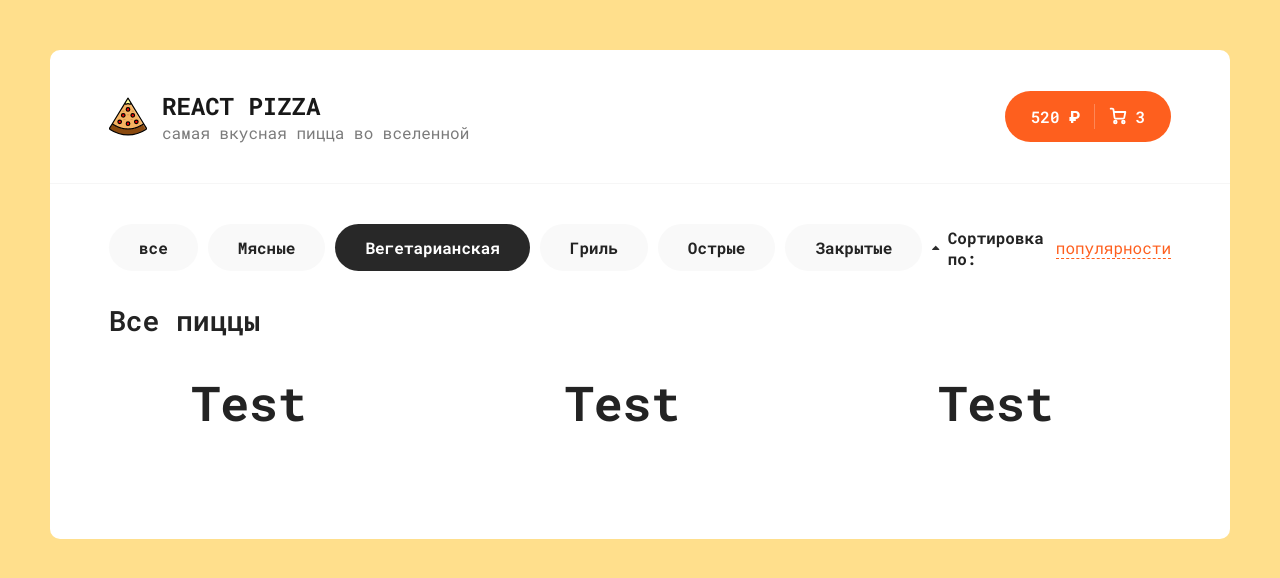
Repository: TI-IT/react-pizza2
Page: /
The author's editor kept a copy of each file at every save. The page is drawn from the files as they stood at one save, then again after the next save.
The browser window is 1280 px wide. The pictures show the whole page.
The page's requests for data from a server got no answer. The project was rebuilt for these pictures with package versions that can differ from the ones it lists, and the page was loaded fresh each time. No one was signed in, and anything a server would have sent is missing.

Above is the page before, as saved 2022-10-09 15:13:11.

### public/index.html
<!DOCTYPE html>
<html lang="en">
  <head>
    <meta charset="utf-8" />
    <link rel="icon" href="%PUBLIC_URL%/favicon.ico" />
    <link rel="preconnect" href="https://fonts.googleapis.com" />
    <link rel="preconnect" href="https://fonts.gstatic.com" crossorigin />
    <link
      href="https://fonts.googleapis.com/css2?family=Roboto+Mono:wght@300;400;500;600;700&display=swap"
      rel="stylesheet"
    />
    <meta name="viewport" content="width=device-width, initial-scale=1" />
    <meta name="theme-color" content="#000000" />
    <meta
      name="description"
      content="Web site created using create-react-app"
    />
    <link rel="apple-touch-icon" href="%PUBLIC_URL%/logo192.png" />
    <!--
      manifest.json provides metadata used when your web app is installed on a
      user's mobile device or desktop. See https://developers.google.com/web/fundamentals/web-app-manifest/
    -->
    <link rel="manifest" href="%PUBLIC_URL%/manifest.json" />
    <!--
      Notice the use of %PUBLIC_URL% in the tags above.
      It will be replaced with the URL of the `public` folder during the build.
      Only files inside the `public` folder can be referenced from the HTML.

      Unlike "/favicon.ico" or "favicon.ico", "%PUBLIC_URL%/favicon.ico" will
      work correctly both with client-side routing and a non-root public URL.
      Learn how to configure a non-root public URL by running `npm run build`.
    -->
    <title>React App</title>
  </head>
  <body>
    <noscript>You need to enable JavaScript to run this app.</noscript>
    <div id="root"></div>
    <!--
      This HTML file is a template.
      If you open it directly in the browser, you will see an empty page.

      You can add webfonts, meta tags, or analytics to this file.
      The build step will place the bundled scripts into the <body> tag.

      To begin the development, run `npm start` or `yarn start`.
      To create a production bundle, use `npm run build` or `yarn build`.
    -->
  </body>
</html>

### src/App.js
import React from 'react'
import './scss/app.scss'
import Header from './components/Header'
import Categories from './components/Categories'
import Sort from './components/Sort'
import PizzaBlock from './components/PizzaBlock'
// import pizzas from './assets/pizza.json'

function App() {
  const [items, setItems] = React.useState([1, 2, 3])

  React.useEffect(() => {
    fetch('https://63427733ba4478d4783c44ef.mockapi.io/items')
      .then(res => {
        return res.json()
      })
      .then(arr => {
        setItems(arr)
      })
  }, [])

  console.log(items)
  return (
    <div className="wrapper">
      <Header />
      <div className="content">
        <div className="container">
          <div className="content__top">
            <Categories />
            <Sort />
          </div>
          <h2 className="content__title">Все пиццы</h2>
          <div className="content__items">
            {items.map(obj => (
              <PizzaBlock key={obj.id} {...obj} />
            ))}
          </div>
        </div>
      </div>
    </div>
  )
}

export default App

### src/scss/app.scss
@import './_variables.scss';
@import 'libs/_normalize.scss';

@import 'components/_all.scss';


body {
  background-color: $background;
}

.wrapper {
  width: calc(100vw - 100px);
  height: 100%;
  background-color: #fff;
  margin: 50px auto;
  border-radius: 10px;
  max-width: 1400px;
}

.content {
  padding: 40px 0;

  &__title {
    margin: 35px 0;
  }

  &__items {
    display: flex;
    flex-wrap: wrap;
    justify-content: space-between;
  }

  &__top {
    display: flex;
    align-items: center;
    justify-content: space-between;
  }
}

.container {
  width: $container-width;
  margin: 0 auto;

  &--cart {
    max-width: 820px;
    margin: 90px auto;
    .content__title {
      margin: 0;
    }
  }
}

.cart {
  &__top {
    display: flex;
    justify-content: space-between;
    align-items: center;
  }

  .content__title {
    display: flex;
    align-items: center;
    font-size: 32px;

    svg {
      position: relative;
      top: -2px;
      width: 30px;
      height: 30px;
      margin-right: 10px;
      path {
        stroke: $black;
        stroke-width: 1.9;
      }
    }
  }

  &__clear {
    display: flex;
    align-items: center;
    cursor: pointer;
    @include noselect();

    span {
      display: inline-block;
      margin-left: 7px;
      color: #b6b6b6;
      font-size: 18px;
    }

    span,
    svg,
    path {
      transition: all $duration ease-in-out;
    }

    &:hover {
      svg {
        path {
          stroke: darken($color: #b6b6b6, $amount: 50);
        }
      }
      span {
        color: darken($color: #b6b6b6, $amount: 50);
      }
    }
  }

  &__item {
    display: flex;
    width: 100%;
    border-top: 1px solid $gray-line;
    padding-top: 30px;
    margin-top: 30px;

    &-img {
      display: flex;
      align-items: center;
      margin-right: 15px;
      width: 10%;

      img {
        width: 80px;
        height: 80px;
      }
    }

    &-info {
      display: flex;
      flex-direction: column;
      justify-content: center;
      width: 40%;

      h3 {
        font-weight: bold;
        font-size: 22px;
        line-height: 27px;
        letter-spacing: 0.01em;
      }

      p {
        font-size: 18px;
        color: #8d8d8d;
      }
    }

    &-count {
      display: flex;
      align-items: center;
      justify-content: space-between;
      width: 13%;

      &-minus {
        svg {
          path:first-of-type {
            display: none;
          }
        }
      }

      b {
        font-size: 22px;
      }
    }

    &-price {
      display: flex;
      align-items: center;
      justify-content: center;
      width: 33%;

      b {
        font-weight: bold;
        font-size: 22px;
        letter-spacing: 0.01em;
      }
    }

    &-remove {
      display: flex;
      align-items: center;
      justify-content: flex-end;
      width: 4%;

      .button {
        border-color: darken($color: $gray-line, $amount: 10);
      }

      svg {
        transform: rotate(45deg);

        path {
          fill: darken($color: $gray-line, $amount: 15);
        }
      }

      .button {
        svg {
          width: 11.5px;
          height: 11.5px;
          position: relative;
        }
        &:hover,
        &:active {
          border-color: darken($color: $gray-line, $amount: 80);
          background-color: darken($color: $gray-line, $amount: 80);
        }
      }
    }
  }

  &__bottom {
    margin: 50px 0;

    &-details {
      display: flex;
      justify-content: space-between;

      span {
        font-size: 22px;

        &:last-of-type {
          b {
            color: $orange;
          }
        }
      }
    }

    &-buttons {
      display: flex;
      justify-content: space-between;
      margin-top: 40px;

      .go-back-btn {
        display: flex;
        align-items: center;
        justify-content: center;
        width: 210px;

        border-color: darken($color: $gray-line, $amount: 10);

        span {
          color: darken($color: $gray-line, $amount: 20);
          font-weight: 500;
          font-weight: 600;
        }

        &:hover {
          background-color: darken($color: $gray-line, $amount: 90);
          border-color: darken($color: $gray-line, $amount: 90);

          span {
            color: $gray-line;
          }
        }

        svg {
          margin-right: 12px;
          path {
            fill: transparent;
            stroke-width: 2;
          }
        }
      }

      .pay-btn {
        font-size: 16px;
        font-weight: 600;
        width: 210px;
        padding: 16px;
      }
    }
  }

  &--empty {
    margin: 0 auto;
    width: 560px;
    text-align: center;

    h2 {
      font-size: 32px;
      margin-bottom: 10px;
    }

    p {
      font-size: 18px;
      line-height: 145.4%;
      letter-spacing: 0.01em;
      color: #777777;
    }

    icon {
      position: relative;
      top: 2px;
    }

    img {
      display: block;
      width: 300px;
      margin: 45px auto 60px;
    }

    .button--black {
      padding: 12px 0 14px;
      width: 230px;
      margin: 0 auto;
      font-weight: 600;
      font-size: 18px;
    }
  }
}

### src/components/Header.jsx
import logoSVG from '../assets/img/pizza-logo.svg'

function Header() {
  return (
    <div className="header">
      <div className="container">
        <div className="header__logo">
          <img width="38" src={logoSVG} alt="Pizza logo" />
          <div>
            <h1>React Pizza</h1>
            <p>самая вкусная пицца во вселенной</p>
          </div>
        </div>
        <div className="header__cart">
          <a href="/cart.html" className="button button--cart">
            <span>520 ₽</span>
            <div className="button__delimiter"></div>
            <svg
              width="18"
              height="18"
              viewBox="0 0 18 18"
              fill="none"
              xmlns="http://www.w3.org/2000/svg">
              <path
                d="M6.33333 16.3333C7.06971 16.3333 7.66667 15.7364 7.66667 15C7.66667 14.2636 7.06971 13.6667 6.33333 13.6667C5.59695 13.6667 5 14.2636 5 15C5 15.7364 5.59695 16.3333 6.33333 16.3333Z"
                stroke="white"
                strokeWidth="1.8"
                strokeLinecap="round"
                strokeLinejoin="round"
              />
              <path
                d="M14.3333 16.3333C15.0697 16.3333 15.6667 15.7364 15.6667 15C15.6667 14.2636 15.0697 13.6667 14.3333 13.6667C13.597 13.6667 13 14.2636 13 15C13 15.7364 13.597 16.3333 14.3333 16.3333Z"
                stroke="white"
                strokeWidth="1.8"
                strokeLinecap="round"
                strokeLinejoin="round"
              />
              <path
                d="M4.78002 4.99999H16.3334L15.2134 10.5933C15.1524 10.9003 14.9854 11.176 14.7417 11.3722C14.4979 11.5684 14.1929 11.6727 13.88 11.6667H6.83335C6.50781 11.6694 6.1925 11.553 5.94689 11.3393C5.70128 11.1256 5.54233 10.8295 5.50002 10.5067L4.48669 2.82666C4.44466 2.50615 4.28764 2.21182 4.04482 1.99844C3.80201 1.78505 3.48994 1.66715 3.16669 1.66666H1.66669"
                stroke="white"
                strokeWidth="1.8"
                strokeLinecap="round"
                strokeLinejoin="round"
              />
            </svg>
            <span>3</span>
          </a>
        </div>
      </div>
    </div>
  )
}

export default Header

### src/components/Categories.jsx
import React from 'react'

function Categories() {
  const [activeIndex, setActivIndex] = React.useState(2)

  const categories = ['все', 'Мясные', 'Вегетарианская', 'Гриль', 'Острые', 'Закрытые']

  const onClickCategory = index => {
    setActivIndex(index)
  }
  return (
    <div className="categories">
      <ul>
        {categories.map((value, i) => (
          <li
            key={i}
            onClick={() => onClickCategory(i)}
            className={activeIndex === i ? 'active' : ''}>
            {value}
          </li>
        ))}
      </ul>
    </div>
  )
}
export default Categories

### src/components/Sort.jsx
import React from 'react'

function Sort() {
  const [open, setOpen] = React.useState(false)
  const [selected, setSelected] = React.useState(0)
  const list = ['популярности', 'цене', 'алфавиту']
  const sortName = list[selected]

  const onClickListItem = i => {
    setSelected(i)
    setOpen(false)
  }

  return (
    <div className="sort">
      <div className="sort__label">
        <svg
          width="10"
          height="6"
          viewBox="0 0 10 6"
          fill="none"
          xmlns="http://www.w3.org/2000/svg">
          <path
            d="M10 5C10 5.16927 9.93815 5.31576 9.81445 5.43945C9.69075 5.56315 9.54427 5.625 9.375 5.625H0.625C0.455729 5.625 0.309245 5.56315 0.185547 5.43945C0.061849 5.31576 0 5.16927 0 5C0 4.83073 0.061849 4.68424 0.185547 4.56055L4.56055 0.185547C4.68424 0.061849 4.83073 0 5 0C5.16927 0 5.31576 0.061849 5.43945 0.185547L9.81445 4.56055C9.93815 4.68424 10 4.83073 10 5Z"
            fill="#2C2C2C"
          />
        </svg>
        <b>Сортировка по:</b>
        <span onClick={() => setOpen(!open)}>{sortName}</span>
      </div>
      {open && (
        <div className="sort__popup">
          <ul>
            {list.map((name, i) => (
              <li
                key={i}
                onClick={() => onClickListItem(i)}
                className={selected === i ? 'active' : ''}>
                {name}
              </li>
            ))}
          </ul>
        </div>
      )}
    </div>
  )
}

export default Sort

### src/components/PizzaBlock.jsx
import React from 'react'

function PizzaBlock({ title, price, imageUrl, types, sizes }) {
  // const [activeType, setActivType] = React.useState(0)
  // const [activeSize, setActivSize] = React.useState(0)
  // const typeNames = ['тонкое', 'традиционное']

  console.log(title)
  console.log(123)

  return (
    <div className="pizza-block">
      <h1>Test</h1>
    </div>
  )
}

export default PizzaBlock

### src/scss/libs/_normalize.scss
* {
  padding: 0;
  margin: 0;
  list-style: none;
  outline: none;
  font-family: 'Roboto Mono', Roboto, system-ui, Tahoma, sans-serif;
  box-sizing: border-box;
}

html {
  -ms-text-size-adjust: 100%;
  -webkit-text-size-adjust: 100%;
}

body {
  -moz-osx-font-smoothing: grayscale;
  -webkit-font-smoothing: antialiased;
  color: $black;
}

a,
span,
p,
b,
h1,
h2,
h3,
h4,
h5 {
  color: $black;
}

h1 {
  font-size: 48px;
}

h2 {
  font-weight: 600;
  font-size: 28px;
  line-height: 30px;
}

a {
  text-decoration: none;
}

@mixin noselect {
  -webkit-touch-callout: none; /* iOS Safari */
  -webkit-user-select: none; /* Safari */
  -khtml-user-select: none; /* Konqueror HTML */
  -moz-user-select: none; /* Old versions of Firefox */
  -ms-user-select: none; /* Internet Explorer/Edge */
  user-select: none; /* Non-prefixed version, currently
                                  supported by Chrome, Opera and Firefox */
}

### src/scss/components/_button.scss
@import '../variables.scss';

.button {
  display: inline-block;
  background-color: $orange;
  border-radius: 30px;
  padding: 10px 20px;
  min-width: 100px;
  text-align: center;
  cursor: pointer;
  transition: background-color $duration ease-in-out, border-color $duration ease-in-out;
  border: 1px solid transparent;
  @include noselect();

  &,
  span {
    color: #fff;
  }

  i,
  span,
  path,
  svg {
    transition: all $duration ease-in-out;
  }

  &:hover {
    background-color: darken($orange, 8%);
  }

  &:active {
    background-color: darken($orange, 12%);
    transform: translateY(1px);
  }

  &--circle {
    display: flex;
    align-items: center;
    justify-content: center;
    width: 32px;
    height: 32px;
    min-width: 32px;
    padding: 0;
    border-width: 2px;
  }

  &--black {
    background-color: $black;

    &:hover,
    &:active {
      background-color: lighten($color: $black, $amount: 10);
    }
  }

  &--outline {
    background-color: #fff;
    border-color: $orange;
    &,
    span {
      color: $orange;
    }

    svg {
      path {
        fill: $orange;
      }
    }

    &:hover {
      background-color: $orange;

      &,
      span {
        color: #fff;
      }

      svg {
        path {
          fill: #fff;
        }
      }
    }

    &:active {
      background-color: darken($orange, 8%);
    }
  }

  &__delimiter {
    width: 1px;
    height: 25px;
    background-color: rgba(255, 255, 255, 0.25);
    margin-left: 14px;
    margin-right: 14px;
  }

  &--add {
    svg {
      margin-right: 2px;
    }

    span {
      font-weight: 600;
      font-size: 16px;
    }

    &:hover {
      i {
        background-color: #fff;
        color: $orange;
      }
    }

    i {
      display: inline-block;
      border-radius: 30px;
      background-color: $orange;
      color: #fff;
      font-weight: 600;
      width: 22px;
      height: 22px;
      font-style: normal;
      font-size: 13px;
      line-height: 22px;
      position: relative;
      top: -1px;
      left: 3px;
    }
  }

  &--cart {
    display: flex;
    align-items: center;
    line-height: 23px;
    padding: 12px 25px;

    svg {
      margin-right: 8px;
      margin-bottom: 1px;
    }

    span {
      font-weight: 600;
      font-size: 16px;
    }
  }
}

### src/scss/components/_sort.scss
@import '../variables.scss';

.sort {
  position: relative;
  &__label {
    display: flex;
    align-items: center;

    svg {
      margin-right: 8px;
    }

    b {
      margin-right: 8px;
    }

    span {
      color: $orange;
      border-bottom: 1px dashed $orange;
      cursor: pointer;
    }
  }

  &__popup {
    position: absolute;
    right: 0;
    margin-top: 15px;
    background: #ffffff;
    box-shadow: 0px 5px 15px rgba(0, 0, 0, 0.09);
    border-radius: 10px;
    overflow: hidden;
    padding: 10px 0;
    width: 160px;

    ul {
      overflow: hidden;
      li {
        padding: 12px 20px;
        cursor: pointer;

        &.active,
        &:hover {
          background: rgba(254, 95, 30, 0.05);
        }

        &.active {
          font-weight: bold;
          color: $orange;
        }
      }
    }
  }
}

### src/scss/components/_pizza-block.scss
@import '../variables.scss';

.pizza-block {
  width: 280px;
  text-align: center;
  margin-bottom: 65px;

  &:not(:nth-of-type(4n)) {
    margin-right: 35px;
  }

  &__image {
    width: 260px;
  }

  &__title {
    font-size: 20px;
    font-weight: 900;
    letter-spacing: 1%;
    margin-bottom: 20px;
  }

  &__selector {
    display: flex;
    background-color: #f3f3f3;
    border-radius: 10px;
    flex-direction: column;
    padding: 6px;

    ul {
      display: flex;
      flex: 1;

      &:first-of-type {
        margin-bottom: 6px;
      }

      li {
        padding: 8px;
        flex: 1;
        cursor: pointer;
        font-weight: 600;
        font-size: 14px;
        @include noselect();
        &.active {
          background: #ffffff;
          box-shadow: 0px 2px 4px rgba(0, 0, 0, 0.04);
          border-radius: 5px;
          cursor: auto;
        }
      }
    }
  }

  &__bottom {
    display: flex;
    align-items: center;
    justify-content: space-between;
    margin-top: 20px;
  }

  &__price {
    font-weight: bold;
    font-size: 22px;
    line-height: 27px;
    letter-spacing: 0.015em;
  }
}

Loaded but not shown: src/index.js (common file); src/scss/_variables.scss (common file); src/scss/components/_all.scss (common file); src/scss/components/_header.scss (common file); src/scss/components/_categories.scss (common file)

After the next save:
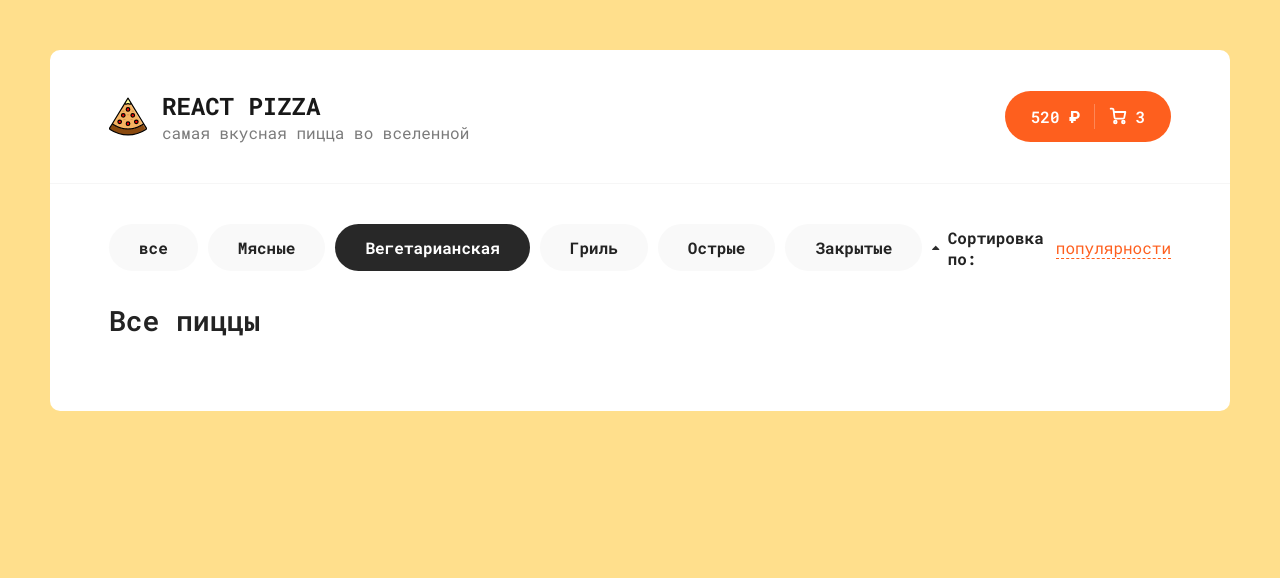
Saved 5 min 40 s later.
--- a/src/App.js
+++ b/src/App.js
@@ -7,7 +7,7 @@ import PizzaBlock from './components/PizzaBlock'
 // import pizzas from './assets/pizza.json'
 
 function App() {
-  const [items, setItems] = React.useState([1, 2, 3])
+  const [items, setItems] = React.useState([])
 
   React.useEffect(() => {
     fetch('https://63427733ba4478d4783c44ef.mockapi.io/items')
